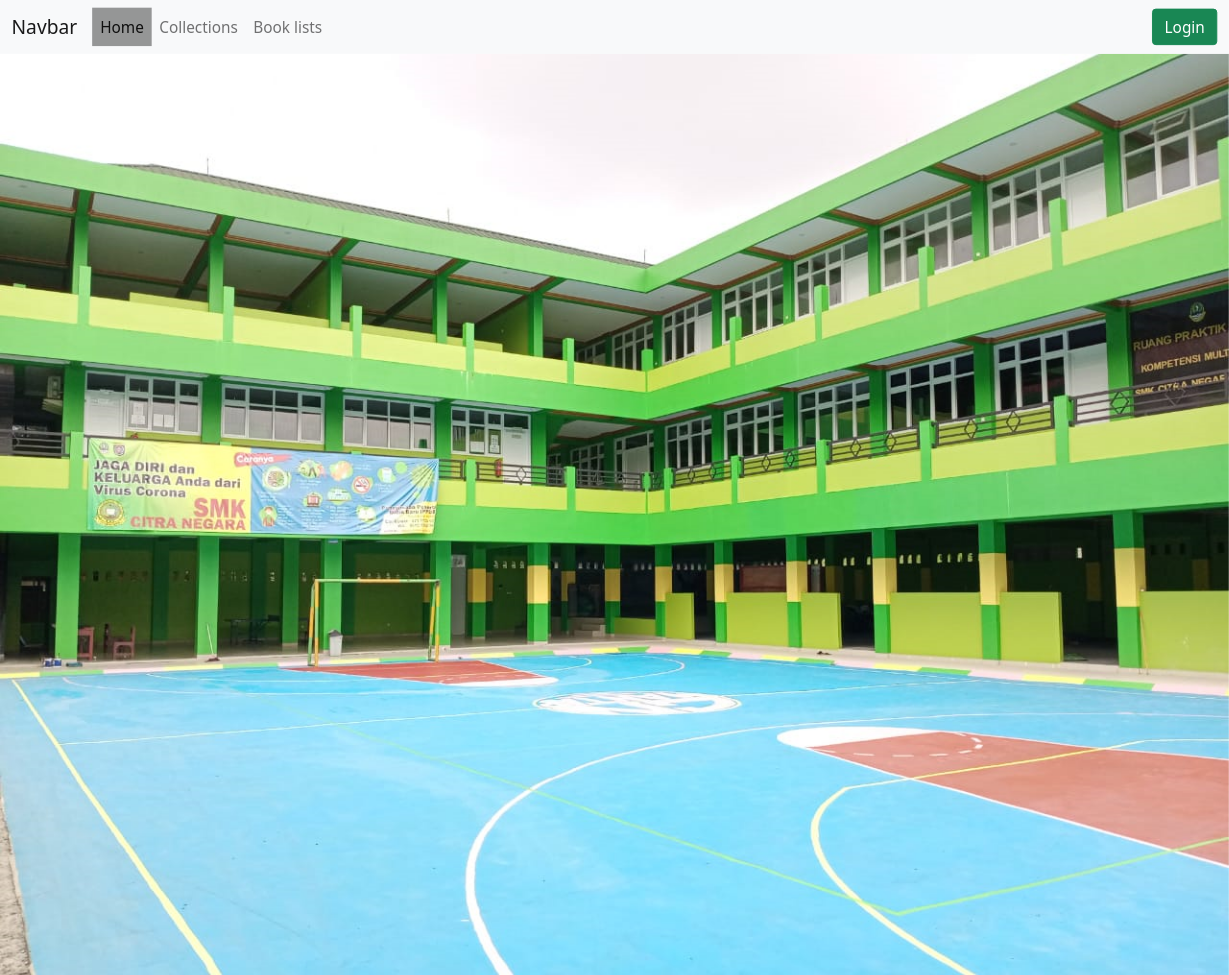
Repository: humanrizki/app-perpus-laravel-8
Page: http://localhost/home
These files come from the project's save history. The page is drawn as it stood at one moment and after the next save; the edit follows.
The browser window is 1280 px wide. The pictures show the whole page, at 96% of full size.
Some web libraries are served in a nearby version. The page is served by the project's Laravel application, run on PHP 8.4 with Laravel 8.

Above is the page before, as saved 2021-11-25 11:47:02.

After the next save:
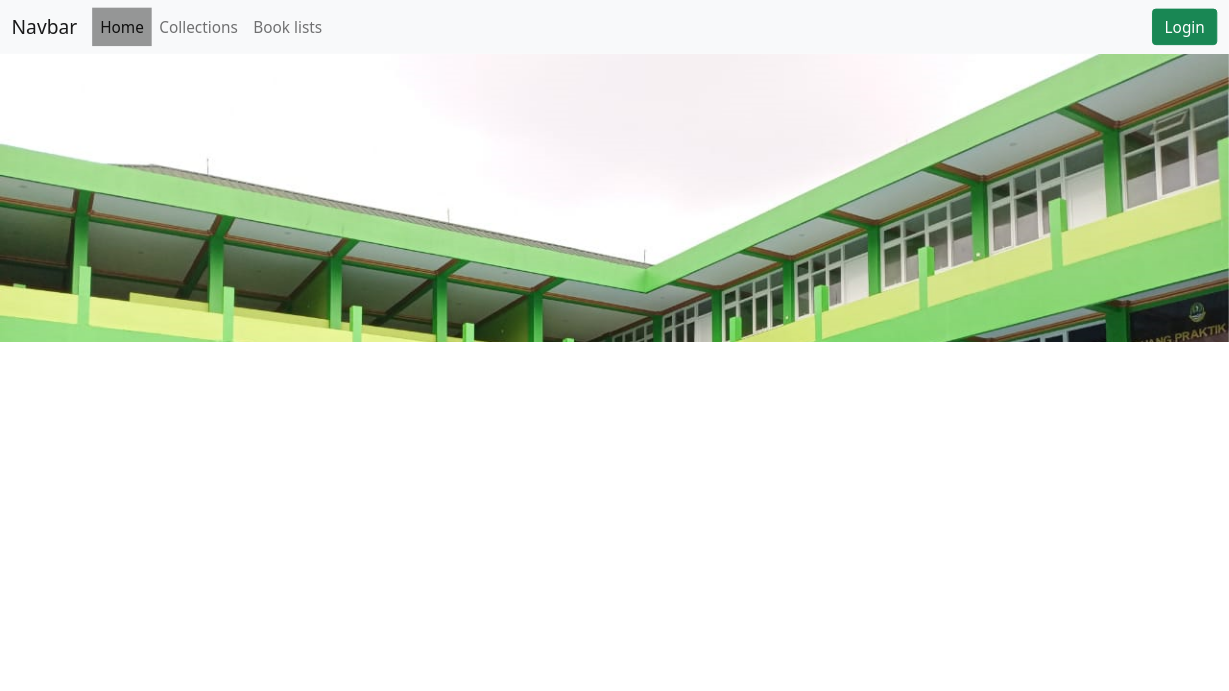
Saved 27 s later.
--- a/resources/views/homeTemplate.blade.php
+++ b/resources/views/homeTemplate.blade.php
@@ -1,6 +1,6 @@
 @extends('layouts.capp')
 @section('content')
-    <div class="container-img">
+    <div class="container-img" style="width: 100%; height:300px; overflow:auto;">
         <div class="img-content">
             <img src="img/cn.png" alt="" class="w-100" style="padding: 0px; margin:0px;">
         </div>
